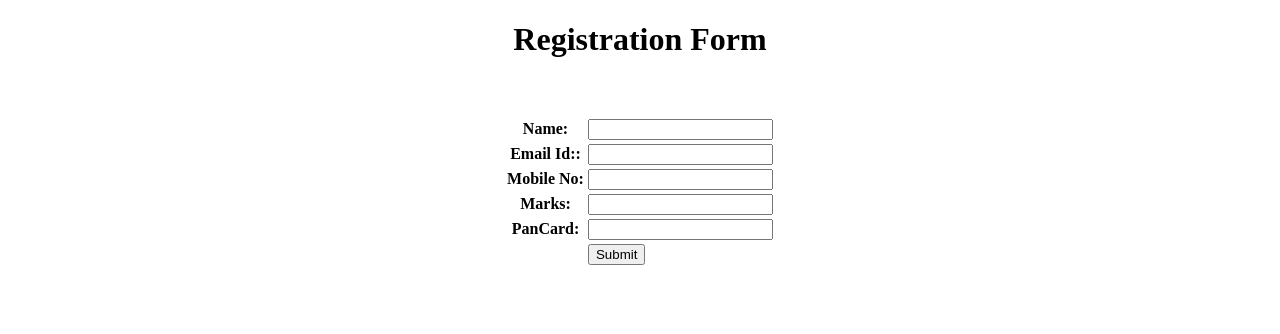
Repository: poojagupta18/Practice-Java
Page: http://localhost/MyOnlineInterviewProcess/RegistrationPortal.jsp
The author's editor kept a copy of each file at every save. The page is drawn from the files as they stood at one save, then again after the next save.
The browser window is 1280 px wide. The pictures show the whole page.
The page is served by Tomcat 9.

Above is the page before, as saved 2019-12-04 10:50:41.

After the next save:
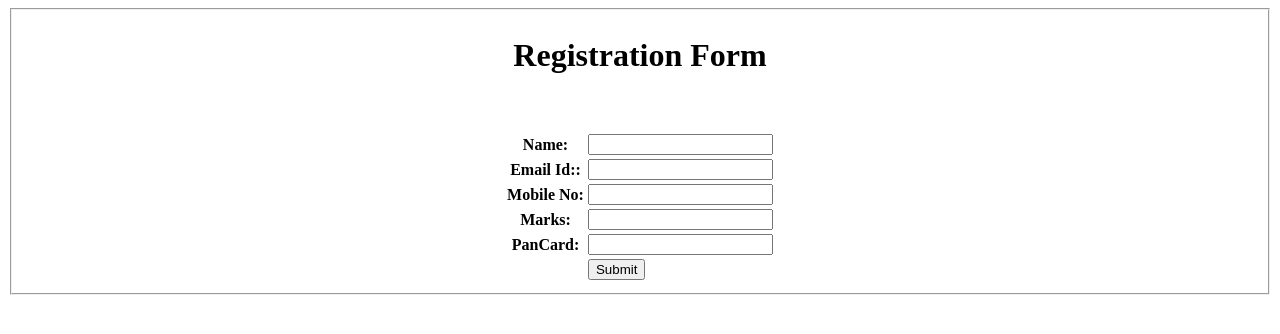
Saved 2 min 47 s later.
--- a/java Training/java/Online-Interview-Process/MyOnlineInterviewProcess/WebContent/RegistrationPortal.jsp
+++ b/java Training/java/Online-Interview-Process/MyOnlineInterviewProcess/WebContent/RegistrationPortal.jsp
@@ -11,6 +11,7 @@
 
 
 	<form action="_______" method="post">
+	<fieldset>
 	<center>
 		<h1>Registration Form</h1>
 			<br>
@@ -42,6 +43,7 @@
 			</tr>
 		</table>
 		</center>
+		</fieldset>
 	</form>
 </body>
 </html>
